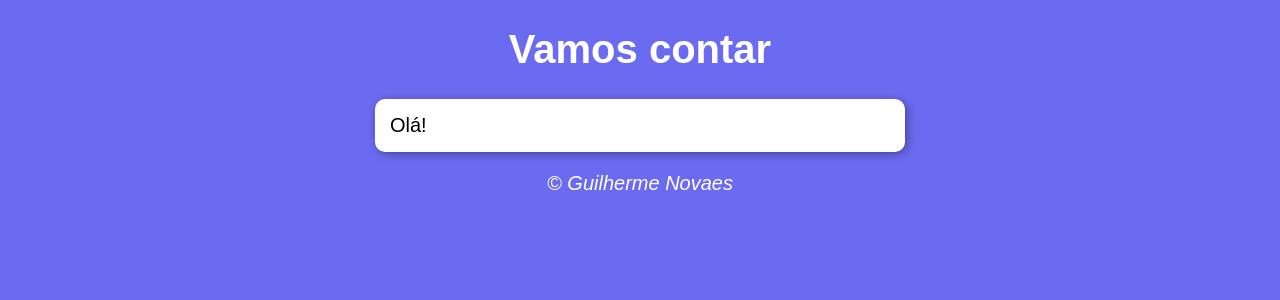
Repository: Guilherme-RNovaes/JavaScript-Curso
Page: Aula 14ex/ex016/index.html
An editor plug-in stored every save of this project. The page is shown before and after a run of saves, followed by the edit.
The browser window is 1280 px wide. The pictures show the whole page.

Above is the page before, as saved 2022-09-07 10:18:26.

### Aula 14ex/ex016/index.html
<!DOCTYPE html>
<html lang="pt-br">
<head>
    <meta charset="UTF-8">
    <meta http-equiv="X-UA-Compatible" content="IE=edge">
    <meta name="viewport" content="width=device-width, initial-scale=1.0">
    <title>Modelo de Exercício</title>
    <link rel="stylesheet" href="src/Style/style.css">
</head>
<body>
    <header>
        <h1>Vamos contar</h1>
    </header>
    <section>
        <div>

        </div>
        <div>
            Olá!
        </div>
    </section>
    <footer>
        <p>&copy; Guilherme Novaes</p>
    </footer>
    <script src="script.js"></script>
</body>
</html>

### Aula 14ex/ex016/src/Style/style.css
body{
    background-color: rgb(107, 107, 241);
    font: normal 15pt Arial;
}
header {
    color: white;
    text-align: center;
}

section{
    background-color: white;
    border-radius: 10px;
    padding: 15px;
    width: 500px;
    margin: auto;
    box-shadow: 2px 2px 10px rgba(0, 0, 0, 0.36);
}

footer{
    color: white;
    text-align: center;
    font-style: italic;
}

div img{
    width: 250px;
    height: 250px;
    border-radius: 100%;
}

Loaded but not shown: Aula 14ex/ex016/script.js (no copy from this time; the picture is the same without it)

After the next 5 saves:
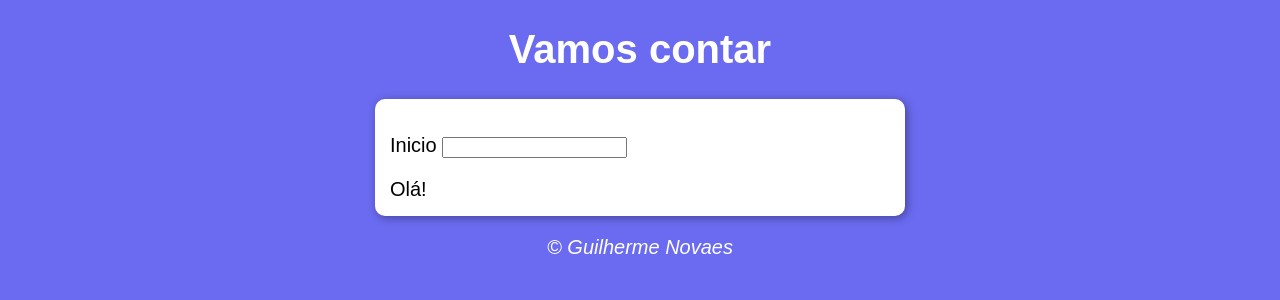
The 5 saves are shown as one change because they came seconds apart.
The last was saved 46 s later.
--- a/Aula 14ex/ex016/index.html
+++ b/Aula 14ex/ex016/index.html
@@ -13,7 +13,7 @@
     </header>
     <section>
         <div>
-
+            <p>Inicio <input type="text"></p>
         </div>
         <div>
             Olá!
